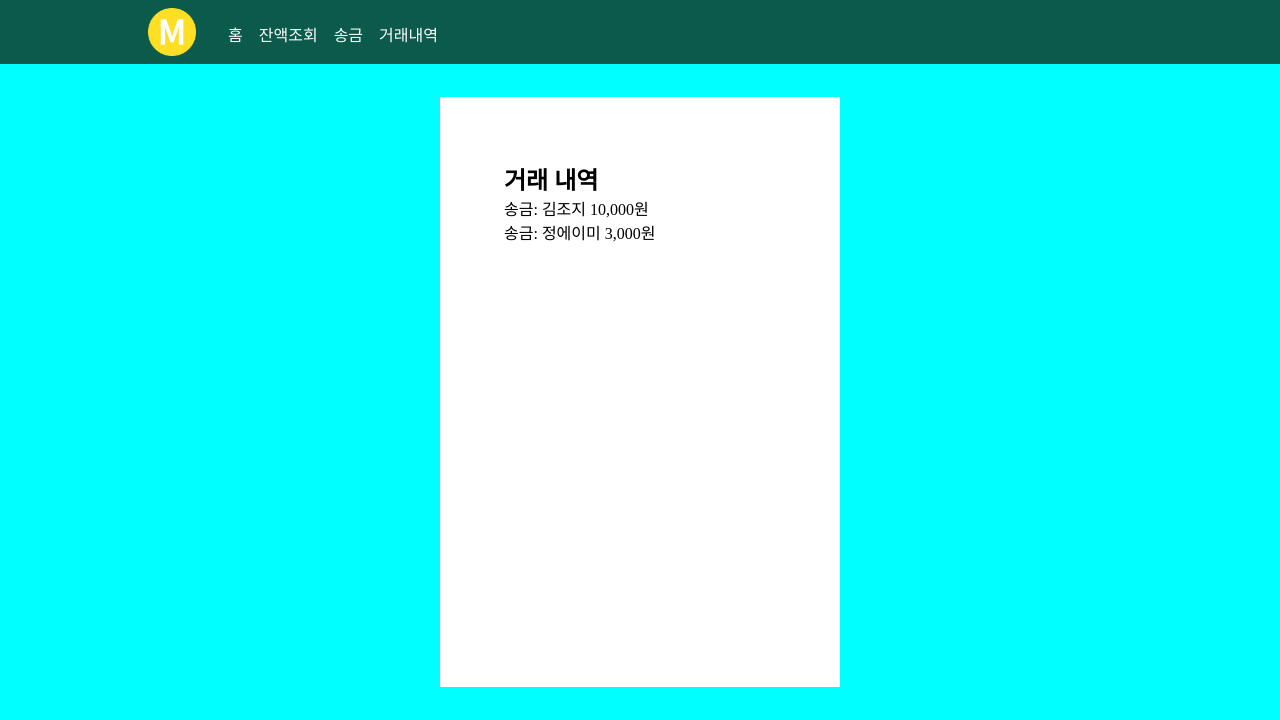
Repository: JiNookk/makaobank
Page: week06/makaoBank/transaction.html
An editor plug-in stored every save of this project. The page is shown before and after the next save, followed by the edit.
The browser window is 1280 px wide. The pictures show the whole page.

Above is the page before, as saved 2022-09-13 17:27:37.

### week06/makaoBank/transaction.html
<!DOCTYPE html>
<html lang="ko">
    <head>
        <meta charset="UTF-8">
        <title>마카오 뱅크</title>
        <!-- <link rel="favicon for makaoBank" href="./resources/logo.png"> favicon나중에 넣어보기-->
        <link rel="stylesheet" href="./css/reset.css">
        <link rel="stylesheet" href="./css/layout.css">
        <link rel="stylesheet" href="./css/elements.css">
    </head>
    <body>
        <header>
            <nav id="nav-item-container">
                <a href="./index.html">
                    <img id="home-logo" alt="makaoBank home Button" src="./resources/logo.png">
                </a>
                <a href="./index.html">홈</a>
                <a href="./amount.html">잔액조회</a>
                <a href="./transfer.html">송금</a>
                <a href="./transaction.html">거래내역</a>
            </nav>
        </header>
        <main>
            <section class="content-container">
               <h1>거래 내역</h1>
               <p>송금: 김조지 10,000원</p>
               <p>송금: 정에이미 3,000원</p>
            </section>
        </main>
    </body>
</html>

### week06/makaoBank/css/reset.css
* {
    box-sizing: border-box;
    margin: 0px;
    padding: 0px;
}

### week06/makaoBank/css/layout.css
html{
    width: 100%;
    height: 100%;
}

body{
    display: grid;
    grid: 4rem 1fr 18fr 1fr / 1fr 500px 500px 1fr;

    grid-template-areas:
    "header header header header"
    ". . . ."
    ". main main ."
    ". . . .";

    color: white;
    background-color: aqua;

    width: 100%;
    height: 100%;
}

#home-contents-container{
    grid: 4rem 1fr 300px 1fr / 1fr 500px 500px 1fr;
    grid-template-areas:
    "header header header header"
    ". . . ."
    ". main main ."
    ". . . .";
}

header{
    grid-column-start: span 4;
    grid-area:header;

    display: grid;
    grid-template-columns: 1fr 500px 500px 1fr;

    height: 4rem;
    background-color: rgb(11,90,76);
}

nav{
    grid-column-start: 2;
    grid-row-start: 1;
}

nav *{
    margin-right: 1rem;
}

main{
    display: flex;
    justify-content: center;
    grid-area: main;
}

aside{
    grid-area: aside;
}

### week06/makaoBank/css/elements.css
/* aside>div{
    background-image: url("../resources/saving.png");
    width: 100%;
    height: 100%;
} */

a{
    color: white;
    text-decoration: none;
}

#nav-item-container{
    display: flex;

    align-items: center;

    padding: .5rem;
}

#home-items-container{
    display: flex;
}

#home-logo{
    height: 3rem;
}

#home-description{
    font-size: 1.8rem;

    display: flex;
    flex-direction: column;
    align-items: center;

    width: 500px;
}

#home-description button{
    font-size: .6rem;

    justify-self: center;
    margin: .3rem;
    margin-top: 3rem;

    background-color: rgb(11,90,76);
    color: white;

    width: 160px;
    height: 65px;

    border-radius: 2.3rem;
}

#saving-image{
    width: 72vh;
    height: 40vh;
}

.content-container{
    padding: 4rem;

    width: 40%;
    height: 100%;

    background-color: white;
}

.content-container *{
    color: black;
}

After the next save:
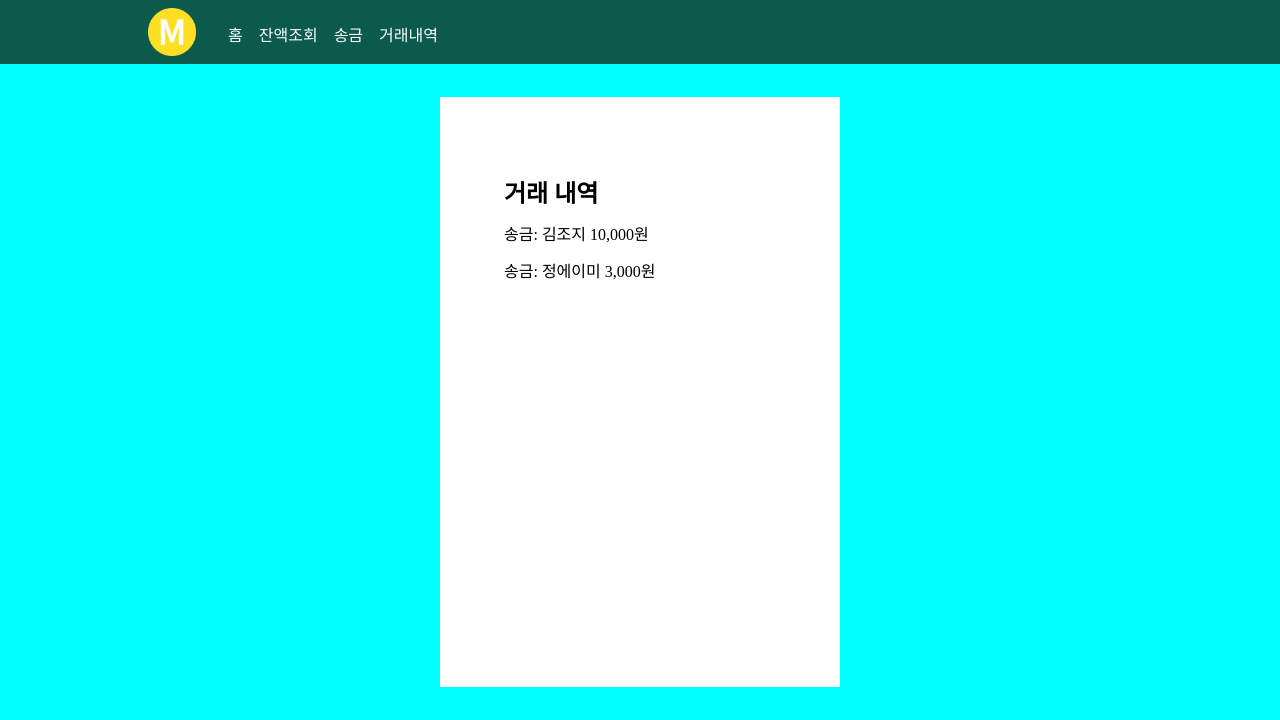
Saved 37 s later.
--- a/week06/makaoBank/css/elements.css
+++ b/week06/makaoBank/css/elements.css
@@ -67,4 +67,5 @@ a{
 
 .content-container *{
     color: black;
+    margin-top: .8rem;
 }
